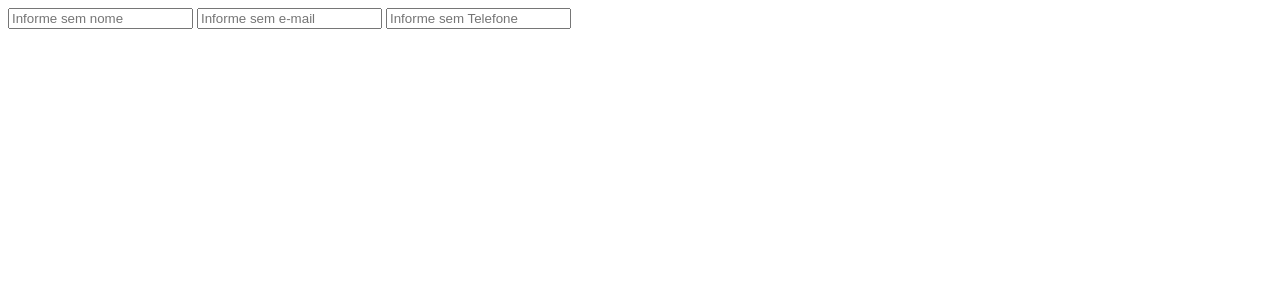
Repository: toniferreirasantos/teste-web
Page: index.html
An editor plug-in stored every save of this project. The page is shown before and after the next save, followed by the edit.
The browser window is 1280 px wide. The pictures show the whole page.

Above is the page before, as saved 2025-09-16 19:22:23.

### index.html
<!DOCTYPE html>
<html lang="en">
<head>
    <meta charset="UTF-8">
    <meta name="viewport" content="width=device-width, initial-scale=1.0">
    <title>Projeto Teste</title>

    <link rel="icon" type="image/png" href="https://cdn-icons-png.flaticon.com/512/154/154858.png">
</head>
<body>

    <input type="text" name="nome_cliente" placeholder="Informe sem nome">
    <input type="text" name="email_cliente" placeholder="Informe sem e-mail">
    <input type="text" name="telefone_cliente" placeholder="Informe sem Telefone">

</body>
</html>

After the next save:
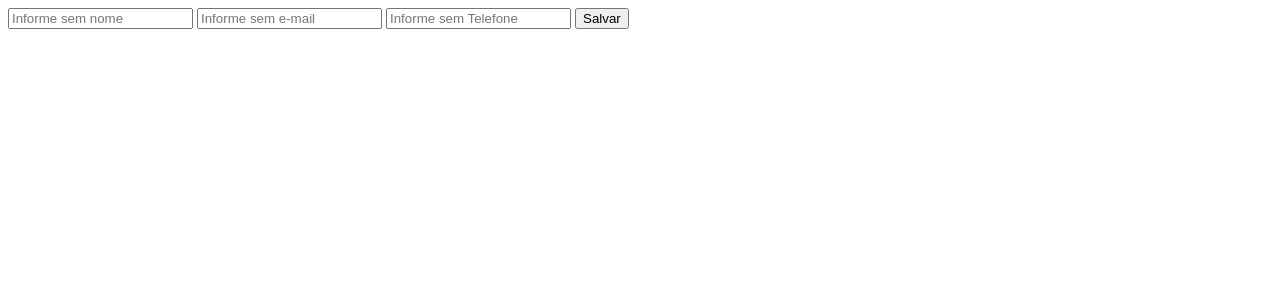
Saved 11 s later.
--- a/index.html
+++ b/index.html
@@ -13,5 +13,9 @@
     <input type="text" name="email_cliente" placeholder="Informe sem e-mail">
     <input type="text" name="telefone_cliente" placeholder="Informe sem Telefone">
 
+    <button type="button">
+        Salvar
+    </button>
+
 </body>
 </html>
